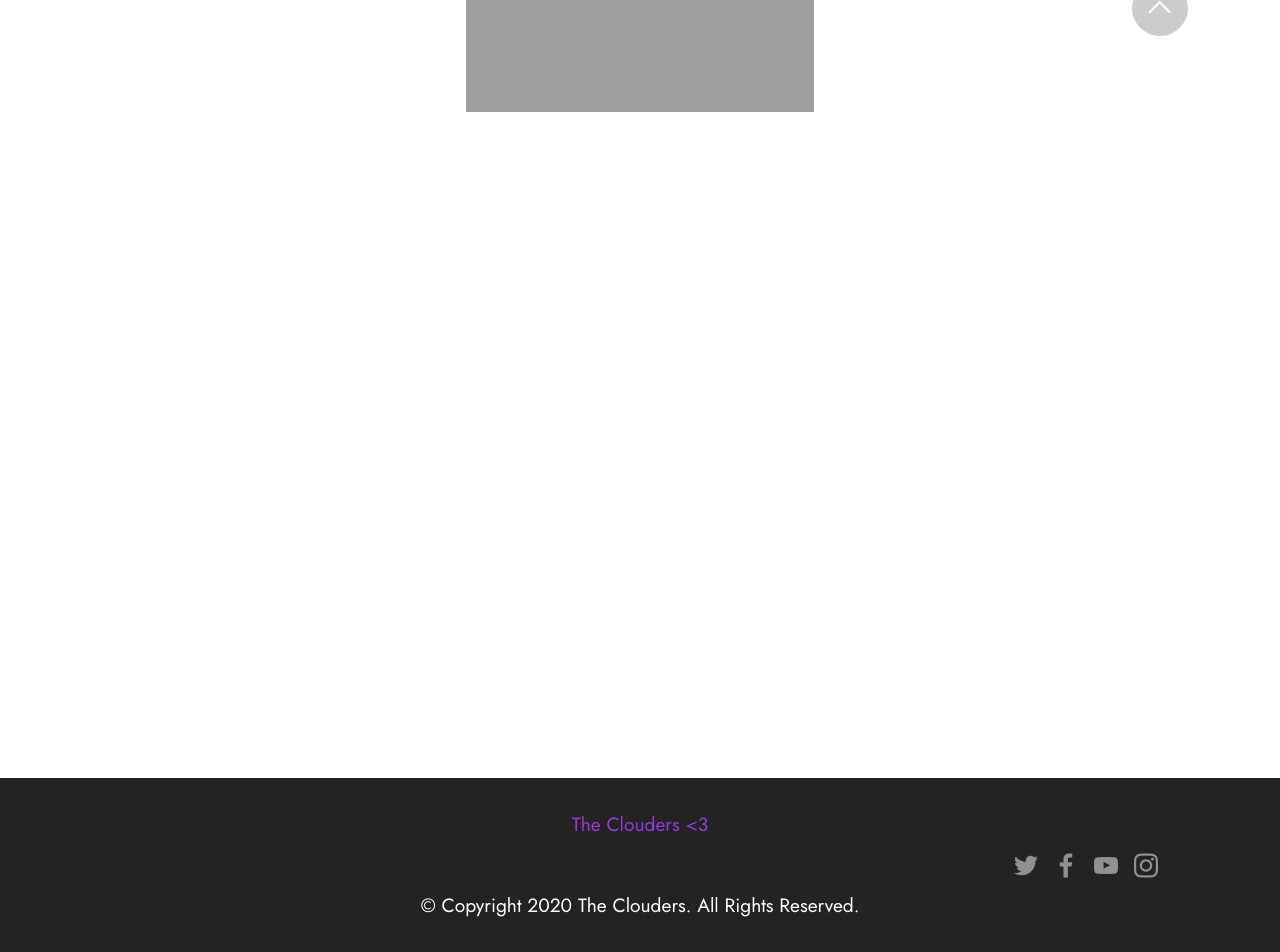
Repository: CubeScars/hangoutswebsite
Page: page3.html
An editor plug-in stored every save of this project. The page is shown before and after the next save, followed by the edit.
The browser window is 1280 px wide. The pictures show the part of the page from y = 648 to 1600 px (the page is 1600 px tall).
Pictures or frames that could not be fetched are drawn as grey boxes.

Above is the page before, as saved 2021-09-23 22:16:43.

After the next save:
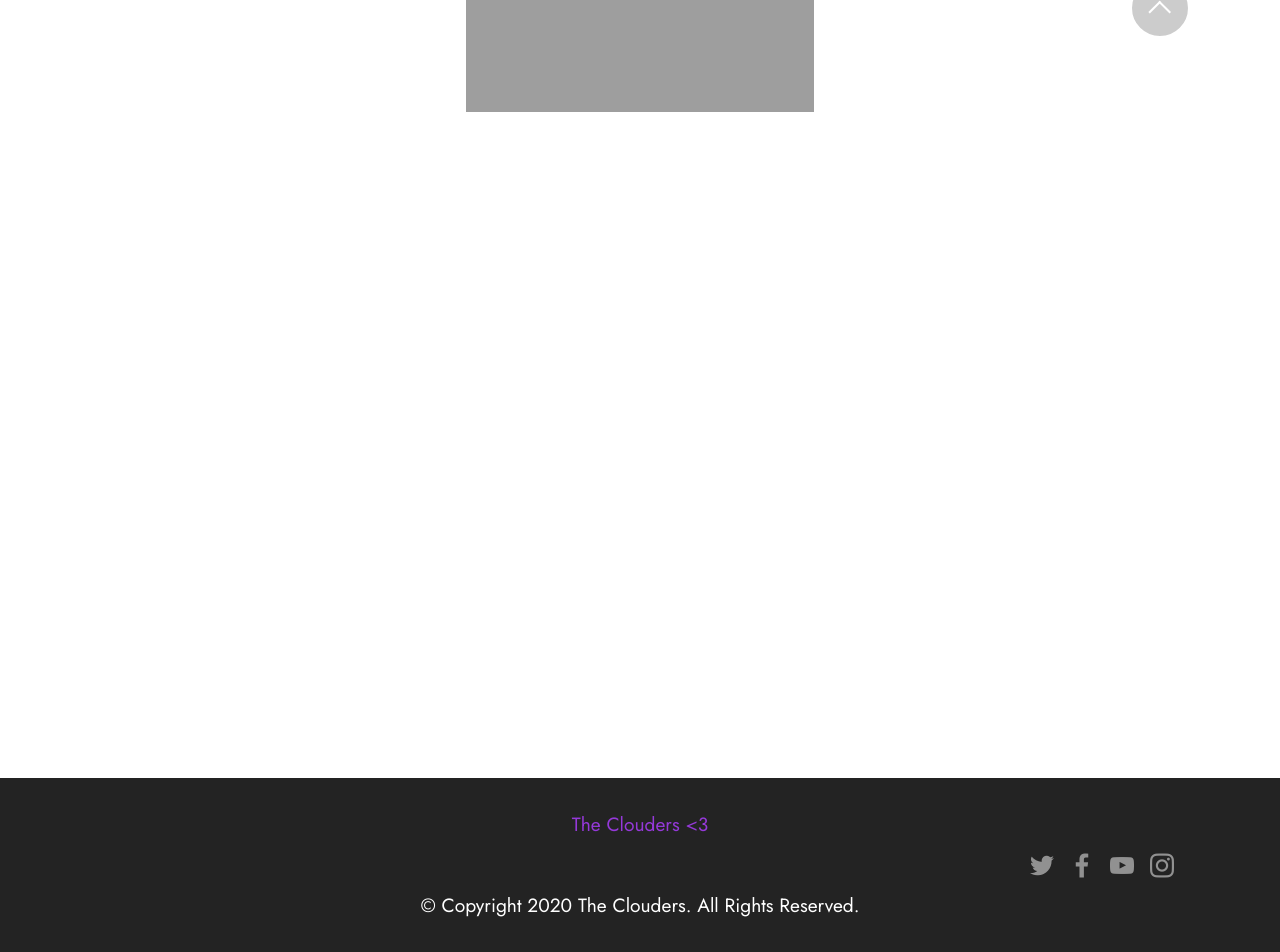
Saved 3 min 4 s later.
--- a/page3.html
+++ b/page3.html
@@ -3,7 +3,6 @@
 <head>
   <meta charset="UTF-8">
   <meta http-equiv="X-UA-Compatible" content="IE=edge">
-  <meta name="generator" content="Mobirise v5.4.1, mobirise.com">
   <meta name="viewport" content="width=device-width, initial-scale=1, minimum-scale=1">
   <link rel="shortcut icon" href="assets/images/41cyuoxrpvl.-ac-121x121.jpeg" type="image/x-icon">
   <meta name="description" content="">
@@ -111,10 +110,6 @@
                         <a href="https://instagram.com/dark_magical_blossom">
                             <span class="mbr-iconfont mbr-iconfont-social socicon-instagram socicon"></span>
                         </a>
-                    </div><div class="soc-item">
-                        <a href="https://www.youtube.com/watch?v=dQw4w9WgXcQ">
-                            <span class="mbr-iconfont mbr-iconfont-social mobi-mbri-pin mobi-mbri"></span>
-                        </a>
                     </div></div>
             </div>
             <div class="row row-copirayt">
